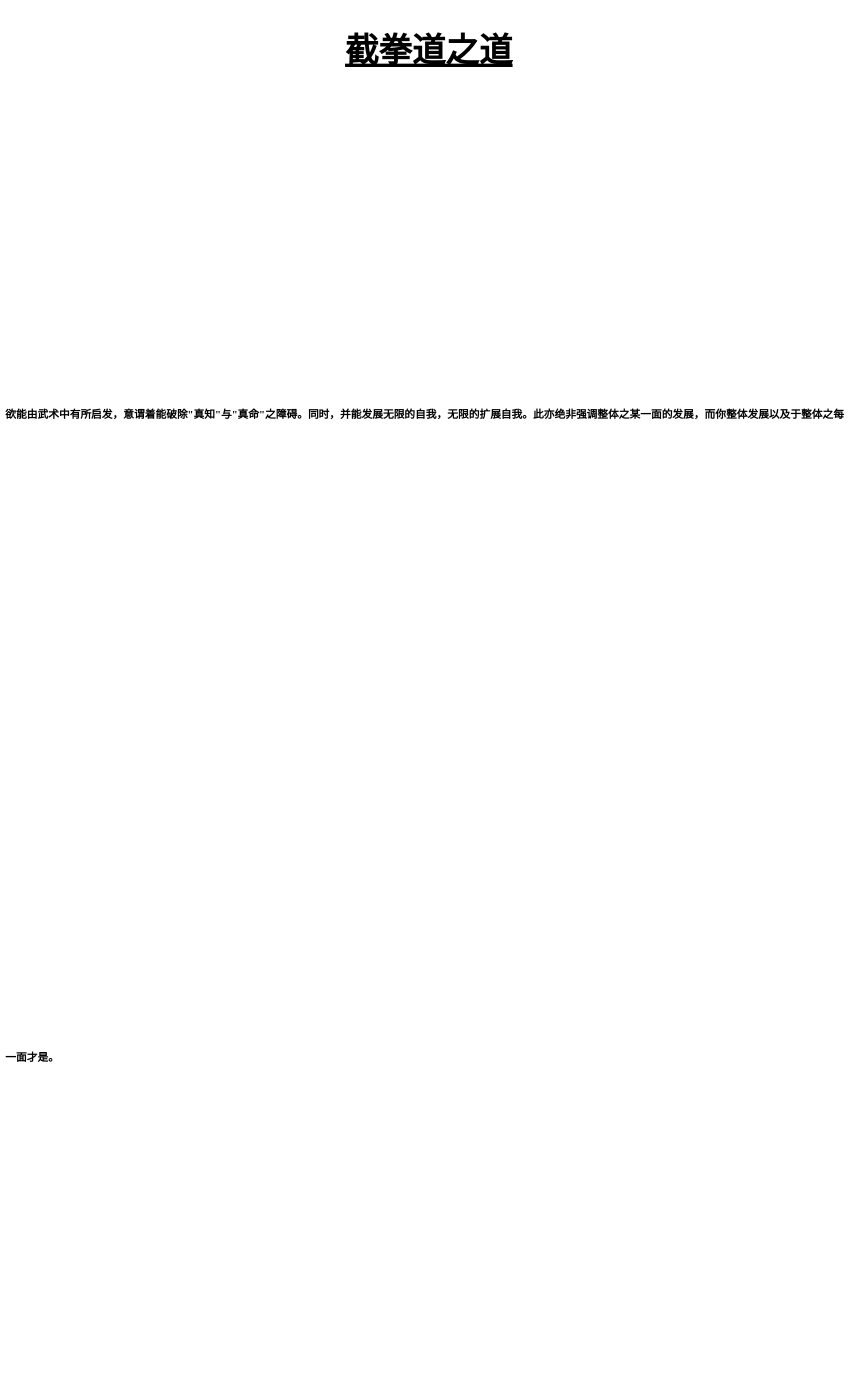
Repository: MasterKweng/workspace
Page: WebBasic/WebContent/Day02/text.html
An editor plug-in stored every save of this project. The page is shown before and after the next save, followed by the edit.
The browser window is 1280 px wide. The pictures show the whole page, at 67% of full size.

Above is the page before, as saved 2018-01-04 06:48:04.

After the next save:
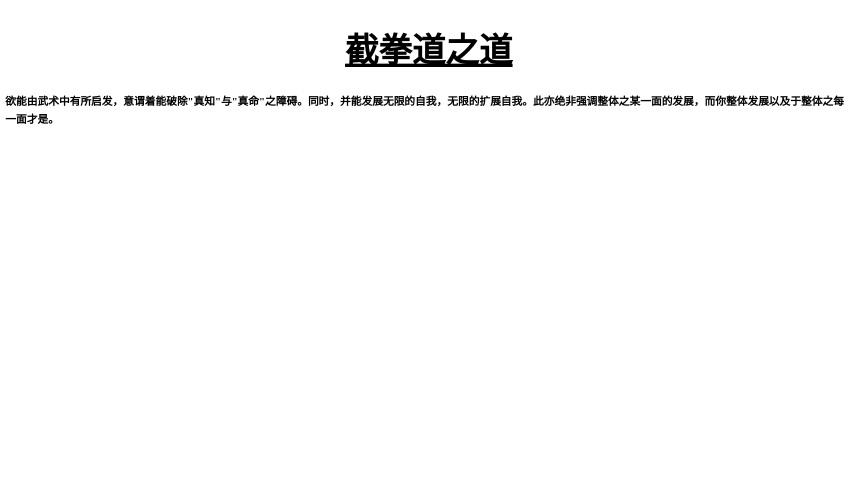
Saved 5 s later.
--- a/WebBasic/WebContent/Day02/text.html
+++ b/WebBasic/WebContent/Day02/text.html
@@ -14,7 +14,7 @@
 			}
 			p{
 				font-weight:bold;
-				line-height:60em;
+				line-height:1.6em;
 			}
 		</style>
 	</head>
